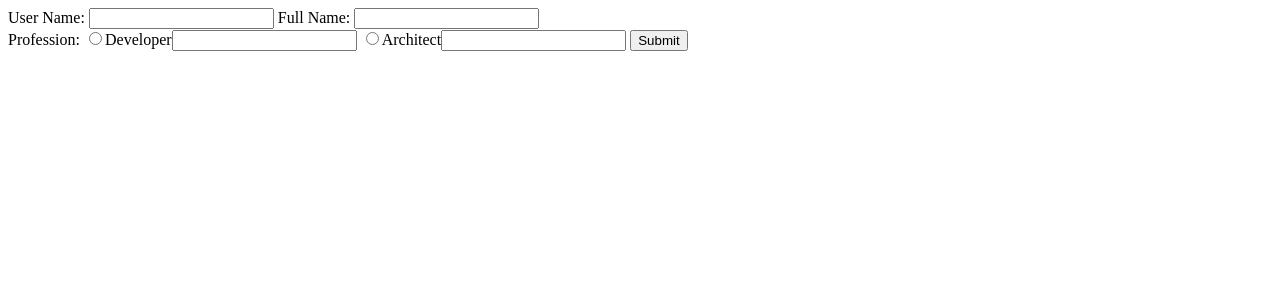
Repository: Yogi-Choudhary/AdvancedJava
Page: SimpalServletPjt/WebContent/index.html
These files come from the project's save history. The page is drawn as it stood at one moment and after the next save; the edit follows.
The browser window is 1280 px wide. The pictures show the whole page.

Above is the page before, as saved 2019-06-20 14:43:36.

After the next save:
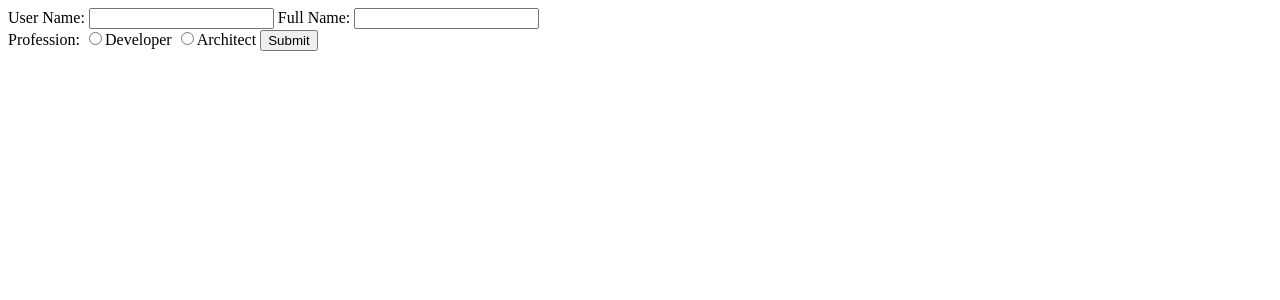
Saved 78 s later.
--- a/SimpalServletPjt/WebContent/index.html
+++ b/SimpalServletPjt/WebContent/index.html
@@ -10,8 +10,8 @@
     Full Name: <input name="fullName"/>
     <br>
       Profession:
-      <input type="radio" name="prof" value="Developer">Developer<input/>
-      <input type="radio" name="prof" value="Architect">Architect<input/>
+      <input type="radio" name="prof" value="Developer">Developer</input>
+      <input type="radio" name="prof" value="Architect">Architect</input>
     <input type="submit"/>
   </form>
 </body>
